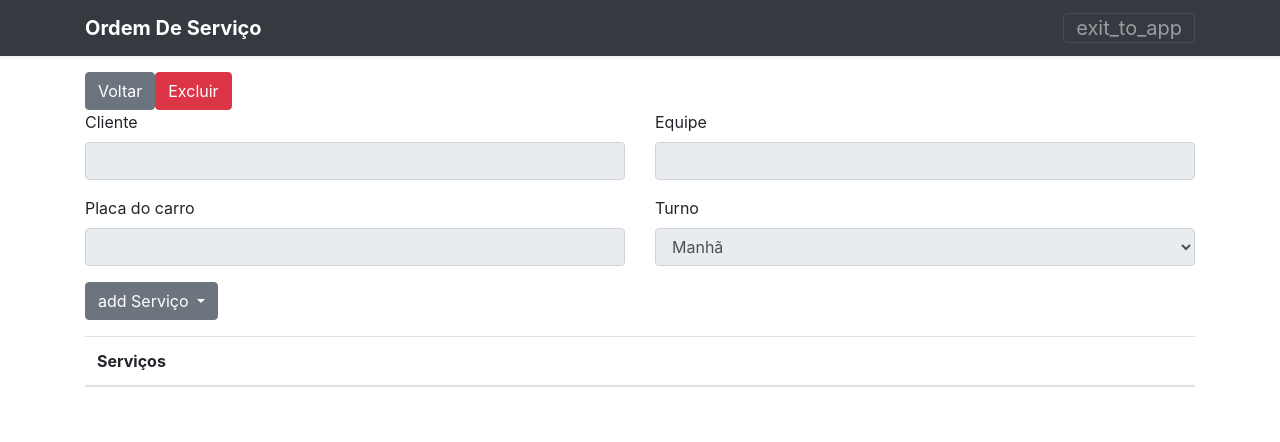
Repository: rodrigogermano/PGPARQ01C1.2N.P1.JAVA
Page: http://localhost/AppManutencaoMVC/WEB-INF/jsp/ordemdeservico/detalhe.jsp
These files come from the project's save history. The page is drawn as it stood at one moment and after the next save; the edit follows.
The browser window is 1280 px wide. The pictures show the whole page.
The page is served by Tomcat 9. Nobody is signed in. Other server files are loaded and not shown. The template is opened directly, without the code that normally fills it, so the values that code supplies are empty.

Above is the page before, as saved 2020-04-12 19:46:09.

### AppManutencaoMVC/AppManutencaoMVC/src/main/webapp/WEB-INF/jsp/ordemdeservico/detalhe.jsp
<%@ page language="java" contentType="text/html; charset=ISO-8859-1"
    pageEncoding="ISO-8859-1"%>
<%@ taglib prefix="spring" uri="http://www.springframework.org/tags"%>
<%@ taglib prefix='c' uri='http://java.sun.com/jsp/jstl/core' %>

<jsp:include page='../master/header.jsp'></jsp:include>
<jsp:include page='../master/menu.jsp'></jsp:include>

<div class="container mt-3">

	<div class="row">
		<div class="col-12">
			<div class="btn-toolbar" role="toolbar" aria-label="Toolbar with button groups">
				<a href="/home">
					<div class="btn-group" role="group" aria-label="Third group">
				    	<button type="button" class="btn btn-secondary">Voltar</button>
				  	</div>
			  	</a>
			  	<a href="/solicitacao/${solicitacao.getId()}/excluir">
					<div class="btn-group" role="group" aria-label="Third group">
				    	<button type="button" class="btn btn-danger">Excluir</button>
				  	</div>
			  	</a>
			</div>
		</div>
	</div>

	<div class="row">
		<div class="col-6">
			<div class="form-group">
		    	<label>Cliente</label>
		    	<input type="text" class="form-control" value="${solicitacao.getCliente().getNome()}" readonly>
		  	</div>
		</div>
		<div class="col-6">
			<div class="form-group">
		    	<label>Equipe</label>
		    	<input type="text" class="form-control" value="${solicitacao.getEquipe()}" readonly>
		  	</div>
		</div>
	</div>

	<div class="row">
		<div class="col-6">
			<div class="form-group">
		    	<label>Placa do carro</label>
		    	<input type="text" class="form-control" value="${solicitacao.getPlacaDoCarro()}" readonly>
		  	</div>
		</div>
		<div class="col-6">
			<div class="form-group">
		    	<label>Turno</label>
		    	<select class="form-control" value="${solicitacao.getTurno()}" disabled>
		    		<option value="1">Manhã</option>
		    		<option value="2">Tarde</option>
		    		<option value="3">Noite</option>
		    	</select>
		  	</div>
		</div>
	</div>


	<div class="btn-group" role="group" aria-label="Button group with nested dropdown">
	  <div class="btn-group" role="group">
	    <button id="btnGroupDrop1" type="button" class="btn btn-secondary dropdown-toggle" data-toggle="dropdown" aria-haspopup="true" aria-expanded="false">
	      <span class="material-icons">add</span> Serviço
	    </button>
	    <div class="dropdown-menu" aria-labelledby="btnGroupDrop1">
	      <a class="dropdown-item" href="/solicitacao/${solicitacao.getId()}/corretiva">Corretiva</a>
	      <a class="dropdown-item" href="/solicitacao/${solicitacao.getId()}/preditiva">Preditiva</a>
	      <a class="dropdown-item" href="/solicitacao/${solicitacao.getId()}/preventiva">Preventiva</a>
	    </div>
	  </div>
	</div>


	<table class="table table-striped mt-3">
	  <thead>
	    <tr>
	      <th scope="col">Serviços</th>
	    </tr>
	  </thead>
	  <tbody>
	  	<c:forEach var="ordem" items="${solicitacao.getOrdensDeServico()}">
		    <tr>
		      <td>${ordem}</td>
		    </tr>
		</c:forEach>
	  </tbody>
	</table>


</div>
<jsp:include page='../master/footer.jsp'></jsp:include>

### AppManutencaoMVC/AppManutencaoMVC/src/main/webapp/WEB-INF/jsp/master/header.jsp
<%@ page language="java" contentType="text/html; charset=ISO-8859-1"
    pageEncoding="ISO-8859-1"%>
<%@ taglib prefix="spring" uri="http://www.springframework.org/tags"%>

<spring:url var="img" value="/resources/images"/>
<spring:url var="css" value="/resources/css"/>

<!DOCTYPE html>
<html>
<head>
<meta charset="ISO-8859-1">
<meta name="viewport" content="width=device-width, initial-scale=1, shrink-to-fit=no">
<link rel="stylesheet" href="https://stackpath.bootstrapcdn.com/bootstrap/4.4.1/css/bootstrap.min.css" integrity="sha384-Vkoo8x4CGsO3+Hhxv8T/Q5PaXtkKtu6ug5TOeNV6gBiFeWPGFN9MuhOf23Q9Ifjh" crossorigin="anonymous">
<link href="https://fonts.googleapis.com/icon?family=Material+Icons"
      rel="stylesheet">
<link rel='shortcut icon' type='image/x-icon' href='${img}/favicon.ico' />
<title>Infnet - Ordem de serviço</title>
</head>
<body>

### AppManutencaoMVC/AppManutencaoMVC/src/main/webapp/WEB-INF/jsp/master/menu.jsp
<%@ page language="java" contentType="text/html; charset=ISO-8859-1"
    pageEncoding="ISO-8859-1"%>
<header>
  <div class="navbar navbar-dark bg-dark shadow-sm">
    <div class="container d-flex justify-content-between">
      <a href="/home" class="navbar-brand d-flex align-items-center">
        <strong>Ordem De Serviço</strong>
      </a>
      <a href="/login">
	      <button class="navbar-toggler" type="button">
	        <span class="material-icons">
				exit_to_app
			</span>
	      </button>
      </a>
    </div>
  </div>
</header>

### AppManutencaoMVC/AppManutencaoMVC/src/main/webapp/WEB-INF/jsp/master/footer.jsp
<%@ page language="java" contentType="text/html; charset=ISO-8859-1"
    pageEncoding="ISO-8859-1"%>
<%@ taglib prefix="spring" uri="http://www.springframework.org/tags"%>

<spring:url var="js" value="/resources/js"/>



<script src="${js}/jquery.min.js"></script>
<script src="${js}/popper.min.js"></script>
<script src="${js}/bootstrap.min.js"></script>
</body>
</html>

Loaded but not shown: AppManutencaoMVC/AppManutencaoMVC/src/main/resources/static/js/jquery.min.js (library); AppManutencaoMVC/AppManutencaoMVC/src/main/resources/static/js/popper.min.js (library); AppManutencaoMVC/AppManutencaoMVC/src/main/resources/static/js/bootstrap.min.js (library)

After the next save:
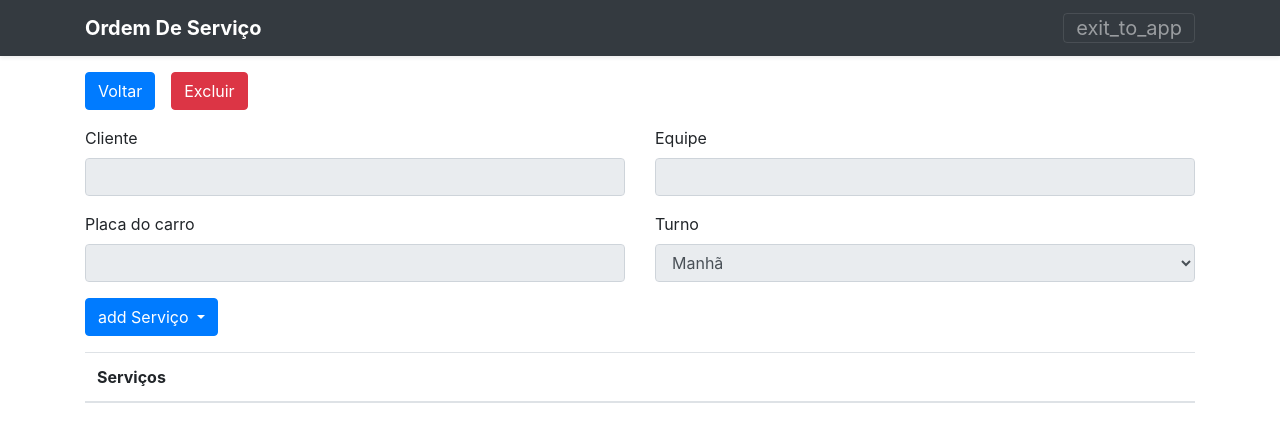
Saved 2 min 21 s later.
--- a/AppManutencaoMVC/AppManutencaoMVC/src/main/webapp/WEB-INF/jsp/ordemdeservico/detalhe.jsp
+++ b/AppManutencaoMVC/AppManutencaoMVC/src/main/webapp/WEB-INF/jsp/ordemdeservico/detalhe.jsp
@@ -12,8 +12,8 @@
 		<div class="col-12">
 			<div class="btn-toolbar" role="toolbar" aria-label="Toolbar with button groups">
 				<a href="/home">
-					<div class="btn-group" role="group" aria-label="Third group">
-				    	<button type="button" class="btn btn-secondary">Voltar</button>
+					<div class="btn-group mr-3 mb-3" role="group" aria-label="Third group">
+				    	<button type="button" class="btn btn-primary">Voltar</button>
 				  	</div>
 			  	</a>
 			  	<a href="/solicitacao/${solicitacao.getId()}/excluir">
@@ -62,7 +62,7 @@
 
 	<div class="btn-group" role="group" aria-label="Button group with nested dropdown">
 	  <div class="btn-group" role="group">
-	    <button id="btnGroupDrop1" type="button" class="btn btn-secondary dropdown-toggle" data-toggle="dropdown" aria-haspopup="true" aria-expanded="false">
+	    <button id="btnGroupDrop1" type="button" class="btn btn-primary dropdown-toggle" data-toggle="dropdown" aria-haspopup="true" aria-expanded="false">
 	      <span class="material-icons">add</span> Serviço
 	    </button>
 	    <div class="dropdown-menu" aria-labelledby="btnGroupDrop1">
